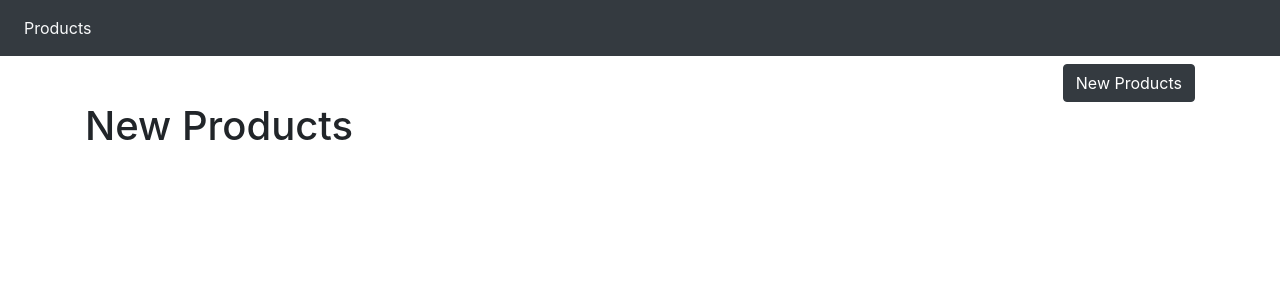
Repository: Aniksaha19/curd
Page: http://localhost/product/create
The author's editor kept a copy of each file at every save. The page is drawn from the files as they stood at one save, then again after the next save.
The browser window is 1280 px wide. The pictures show the whole page.
The page is served by the project's Laravel application, run on PHP 8.4 with Laravel 10. Other server files are loaded and not shown.

Above is the page before, as saved 2023-06-01 16:34:31.

### routes/web.php
<?php

use Illuminate\Support\Facades\Route;
use App\Http\Controllers\ProductController;

/*
|--------------------------------------------------------------------------
| Web Routes
|--------------------------------------------------------------------------
|
| Here is where you can register web routes for your application. These
| routes are loaded by the RouteServiceProvider and all of them will
| be assigned to the "web" middleware group. Make something great!
|
*/

Route::get('/', [ProductController::class, 'index'])->name('products.index');
Route::get('product/create', [ProductController::class, 'create'])->name('products.create');

### app/Http/Controllers/ProductController.php
<?php

namespace App\Http\Controllers;

use Illuminate\Http\Request;

class ProductController extends Controller
{
    public function index(){
        return view('products.index');
    }
    public function create(){
        return view('products.create');
    }
}

### resources/views/products/create.blade.php
<!DOCTYPE html>
<html lang="en">
<head>
    <meta charset="UTF-8">
    <meta http-equiv="X-UA-Compatible" content="IE=edge">
    <meta name="viewport" content="width=device-width, initial-scale=1.0">
    <title>Laravel CURD</title>

    <link rel="stylesheet" href="https://cdn.jsdelivr.net/npm/bootstrap@4.6.2/dist/css/bootstrap.min.css">
    <script src="https://cdn.jsdelivr.net/npm/jquery@3.6.4/dist/jquery.slim.min.js"></script>
    <script src="https://cdn.jsdelivr.net/npm/popper.js@1.16.1/dist/umd/popper.min.js"></script>
    <script src="https://cdn.jsdelivr.net/npm/bootstrap@4.6.2/dist/js/bootstrap.bundle.min.js"></script>
</head>
<body>

        <nav class="navbar navbar-expand-sm bg-dark">
            <ul class="navbar-nav">
                <li class="nav-item">
                    <a class="nav-link text-light" href="/">Products</a>
                </li>
            </ul>
        </nav>
        <div class="container">
            <div class="text-right">
                <a href="product/create" class="btn btn-dark mt-2">New Products</a>
            </div>
            <h1> New Products</h1>
        </div>
</body>
</html>

Loaded but not shown: app/Http/Controllers/Controller.php (common file)

After the next save:
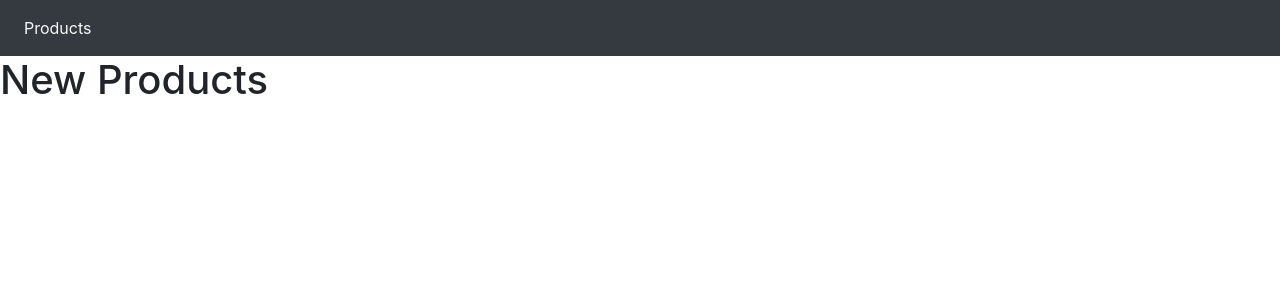
Saved 36 s later.
--- a/resources/views/products/create.blade.php
+++ b/resources/views/products/create.blade.php
@@ -20,10 +20,7 @@
                 </li>
             </ul>
         </nav>
-        <div class="container">
-            <div class="text-right">
-                <a href="product/create" class="btn btn-dark mt-2">New Products</a>
-            </div>
+
             <h1> New Products</h1>
         </div>
 </body>
